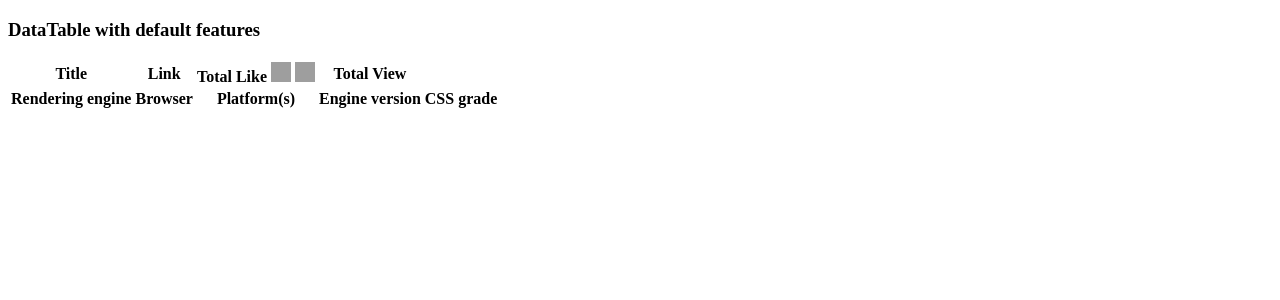
Repository: AnnPTit/ASM_Java04
Page: http://localhost/Asm/admins/home.jsp
These files come from the project's save history. The page is drawn as it stood at one moment and after the next save; the edit follows.
The browser window is 1280 px wide. The pictures show the whole page.
Pictures or frames that could not be fetched are drawn as grey boxes. Some web libraries are served in a nearby version. The page is served by Tomcat 9. The template is opened directly, without the code that normally fills it, so the values that code supplies are empty.

Above is the page before, as saved 2023-03-24 09:50:31.

After the next save:
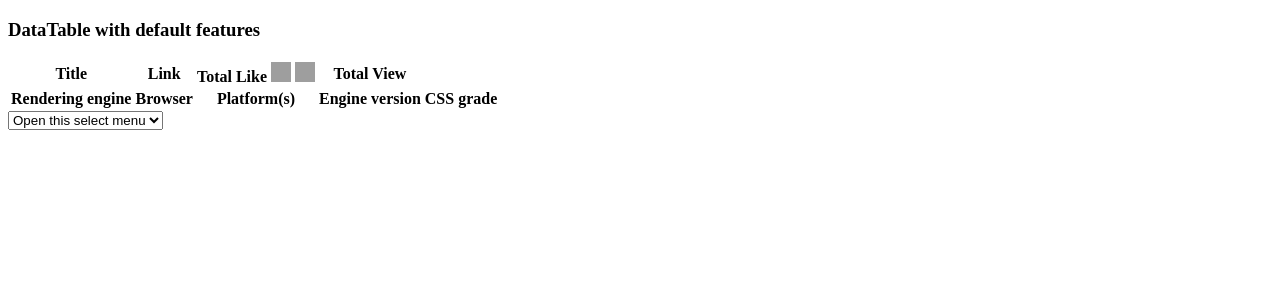
Saved 4 h 1 min later.
--- a/Asm/src/main/webapp/admins/home.jsp
+++ b/Asm/src/main/webapp/admins/home.jsp
@@ -28,7 +28,8 @@
 							href="${pageContext.request.contextPath}/admins/Admin?page=home&action=sortUpLike"><img
 								alt="" style="width: 20px; height: 20px"
 								src="https://cdn-icons-png.flaticon.com/512/5422/5422517.png"></a>
-							<a class="" style="width: 20px; height: 20px" href="${pageContext.request.contextPath}/admins/Admin?page=home&action=sortDownLike"><img
+							<a class="" style="width: 20px; height: 20px"
+							href="${pageContext.request.contextPath}/admins/Admin?page=home&action=sortDownLike"><img
 								alt="" style="width: 20px; height: 20px"
 								src="https://cdn-icons-png.flaticon.com/512/5422/5422495.png"></a>
 						<th>Total View</th>
@@ -60,5 +61,13 @@
 		<!-- /.card-body -->
 	</div>
 
+	<div>
+		<select class="form-select" aria-label="Default select example">
+			<option selected>Open this select menu</option>
+			<option value="1">One</option>
+			<option value="2">Two</option>
+			<option value="3">Three</option>
+		</select>
+	</div>
 </body>
 </html>
